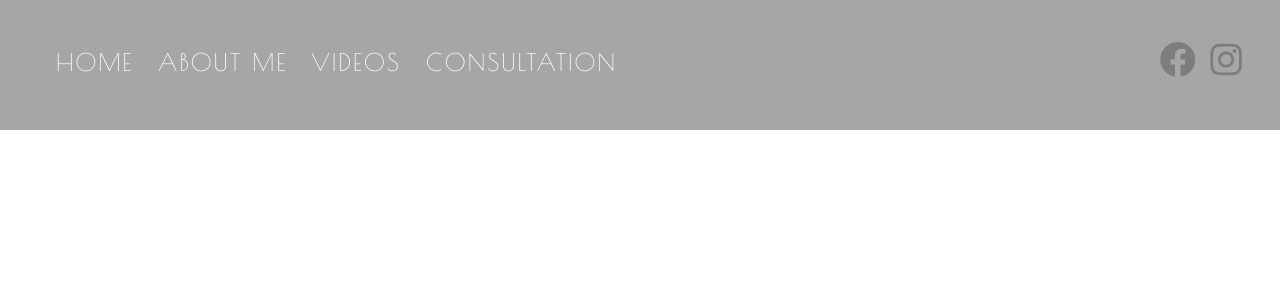
Repository: Aleksandre19/cv-ucmp
Page: index.html
The author's editor kept a record of every edit. The page is drawn from the files as they stood at one moment, then again after the next edit.
The browser window is 1280 px wide. The pictures show the whole page.
Some web libraries are served in a nearby version.

Above is the page before.

### index.html
<!DOCTYPE html>
<html lang="en">

<head>
    <meta charset="UTF-8">
    <meta name="viewport" content="width=device-width, initial-scale=1.0">
    <meta http-equiv="X-UA-Compatible" content="ie=edge">
    <link rel="stylesheet" href="https://stackpath.bootstrapcdn.com/bootstrap/4.4.1/css/bootstrap.min.css" integrity="sha384-Vkoo8x4CGsO3+Hhxv8T/Q5PaXtkKtu6ug5TOeNV6gBiFeWPGFN9MuhOf23Q9Ifjh" crossorigin="anonymous">
    <link rel="stylesheet" href="https://cdnjs.cloudflare.com/ajax/libs/hover.css/2.3.1/css/hover-min.css" type="text/css" />
    <link rel="stylesheet" href="https://cdnjs.cloudflare.com/ajax/libs/font-awesome/5.11.2/css/all.min.css" type="text/css" />
    <link rel="stylesheet" href="assets/css/style.css" type="text/css" />
    <title>Document</title>
</head>

<body>

    <!-- All site wrapper div -->
    <div id="wrapper">

        <!-- HEADER -->
        <header class="container-fluid">
            <div class="row">

                <!-- TOP MAIN MENU -->
                <div class="col-10">
                    <nav>
                        <ul class="main-menu">
                            <li><a href="#" class="hvr-float ">home</a></li>
                            <li><a href="#" class="hvr-float">about me</a></li>
                            <li><a href="#" class="hvr-float">videos</a></li>
                            <li><a href="#" class="hvr-float">consultation</a></li>
                        </ul>
                    </nav>
                </div>
                <!-- / TOP MAIN MENU -->

                <!-- TOP SOCIAL LINKS -->
                <div class="col-2 social-links">
                    <!-- I use id sl-wrapper ro sipmly take right margin -->
                    <div id="sl-wrapper">
                        <a href="http://www.facebook.com" target="_blank"><i class="fab fa-facebook"></i></a>
                        <a href="http://www.instagram.com" target="_blank"><i class="fab fa-instagram"></i></a>
                    </div>
                </div>
                <!-- /TOP SOCIAL LINKS -->

            </div>
        </header>
        <!-- /HEADER -->

    </div>
    <!-- / All site wrapper div -->
</body>

</html>

### assets/css/style.css
@import url('https://fonts.googleapis.com/css?family=Poiret+One&display=swap');

html,body{
    height: 100%;
}

*{
    margin: 0;
    padding: 0;
    border: 0;
}

body{
    backgournd-color: #f6f6f6;
    font-size: 1em;

}

#wrapper{
    width: 100%;
    height:100%;
}






/* #################### HEADER ###################### */

header{
    height: 130px;
    background-color: rgba(0,0,0, 0.35);
    position: fixed;

}


/*  Main Menu */

.main-menu, .social-links a{ /* Aligning menu links and social icons on one line */
    line-height: 120px;
}

.main-menu{ /* Marging menu from left */
    margin-left: 2%;
}

.main-menu li{
    list-style: none;
    display: inline;
    margin-left: 20px;
}

.main-menu li a{
   font-family: "Poiret One";
   font-size: 1.5em;
   text-transform: uppercase;
   color: #fff;
   letter-spacing: 2px;
   transition: all 0.35s ease-in-out;
   -webkit-transition: all 0.35s ease-in-out;
   -moz-transition: all 0.35s ease-in-out;
   -o-transition: all 0.35s ease-in-out;
}

.main-menu li a:hover{
    text-decoration: none;
    color: #00dddb;
}

/* END Main Menu */

/* Social Links */

.social-links{ /* Aligning social links to right */
    text-align: right;
}


#sl-wrapper{ /* Marging social links from left */
    margin-right: 10%;
}

.social-links a{
    text-decoration: none;
    font-size: 2.25em;
    color: rgba(0,0,0, .25);
    margin: 0px 5px;
    transition: color 0.35s ease-in-out;
   -webkit-transition: color 0.35s ease-in-out;
   -moz-transition: color 0.35s ease-in-out;
   -o-transition: color 0.35s ease-in-out;

}


.social-links a:hover{
    color: rgba(0,219,221, 1);
}

/* END Social Links */





/* #################### END HEADER ################## */


/* ######## RESPONSIVE DESIGN ######### */

/* Responsive typography scale for mobile and tablet */

@media (max-width: 768px){ /* Adjusting menu links size on mobile and tablets */
    .main-menu li a{
       font-size: 1.3em;
     }

     .social-links a{ /* Adjusting social links size on tablet and mobile */
         font-size: 1.8em;
     }
}



/* ######## END RESPONSIVE DESIGN ################### */

After the next edit:
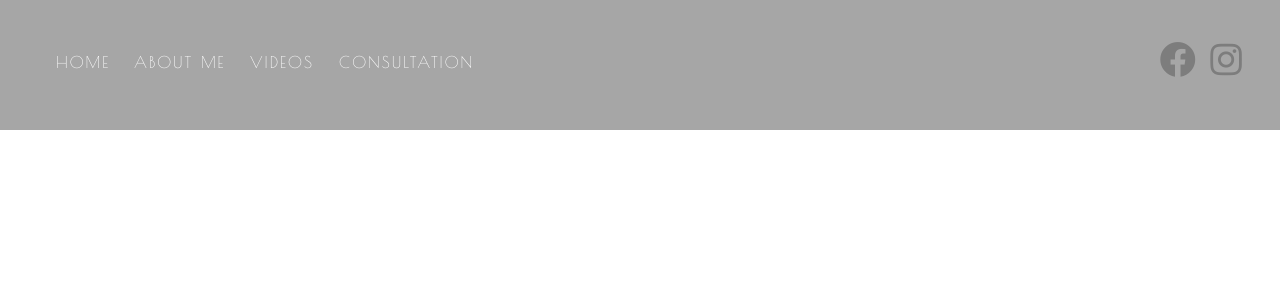
The edit:
--- a/assets/css/style.css
+++ b/assets/css/style.css
@@ -54,7 +54,7 @@
 
 .main-menu li a{
    font-family: "Poiret One";
-   font-size: 1.5em;
+   font-size: 1em;
    text-transform: uppercase;
    color: #fff;
    letter-spacing: 2px;
